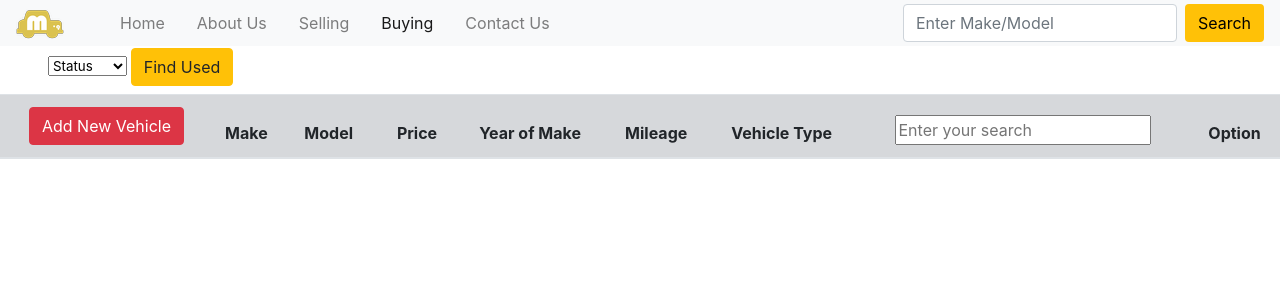
Repository: 99Ace/Project3-car-listing
Page: http://localhost/
The author's editor kept a record of every edit. The page is drawn from the files as they stood at one moment, then again after the next edit.
The browser window is 1280 px wide. The pictures show the whole page.
Some web libraries are served in a nearby version. The page is served by the project's application, run on Flask 3 (app.py). Queries for data that is not in the repository find no rows.

Above is the page before.

After the next edit:
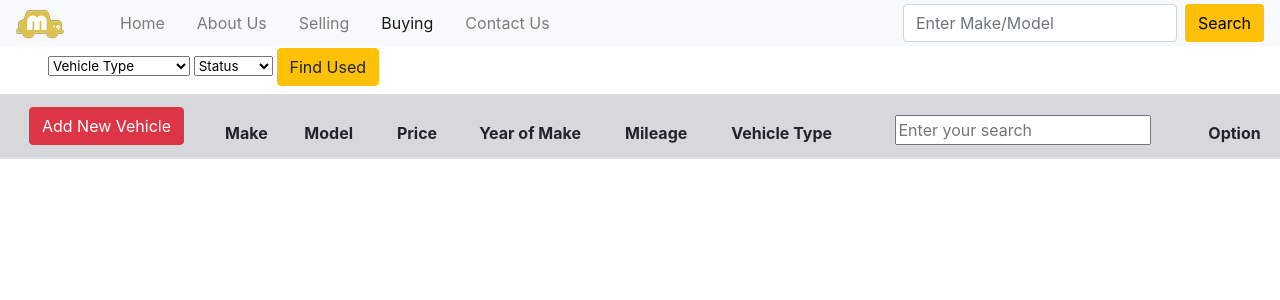
The edit:
--- a/templates/index.html
+++ b/templates/index.html
@@ -105,18 +105,18 @@
             <!--                <option value="0">All</option>                    -->
             <!--            </select>-->
             <!--To allow user to select his choice of type of cars to view -->
-            <!--<select name="search-car-type">-->
-            <!--              <option value="*">Vehicle Type</option>                    -->
-            <!--              <option value="Hybrid Car">Hybrid Car</option>                    -->
-            <!--              <option value="Hatchback">Hatchback</option>                    -->
-            <!--              <option value="Luxury Sedan">Luxury Sedan</option>                    -->
-            <!--              <option value="MPV">MPV</option>                    -->
-            <!--              <option value="Mid-sized Sedan">Mid-sized Sedan</option>                    -->
-            <!--              <option value="Sports">Sports</option>                    -->
-            <!--              <option value="Stationwagon">Stationwagon</option>                    -->
-            <!--              <option value="SUV">SUV</option> -->
-            <!--              <option value="*">All Passenger Cars</option>    -->
-            <!--            </select>-->
+            <select name="search-car-type">
+                          <option value="all">Vehicle Type</option>
+                          <option value="Hybrid Car">Hybrid Car</option>
+                          <option value="Hatchback">Hatchback</option>
+                          <option value="Luxury Sedan">Luxury Sedan</option>
+                          <option value="MPV">MPV</option>
+                          <option value="Mid-sized Sedan">Mid-sized Sedan</option>
+                          <option value="Sports">Sports</option>
+                          <option value="Stationwagon">Stationwagon</option>
+                          <option value="SUV">SUV</option>
+                          <option value="*">All Passenger Cars</option>
+                        </select>
             <!--To allow user to select to view Sold vehicle listing or Available vehicle listing or all listings-->
             <select name='availability'>
               <option value= 'all'> Status </option>
